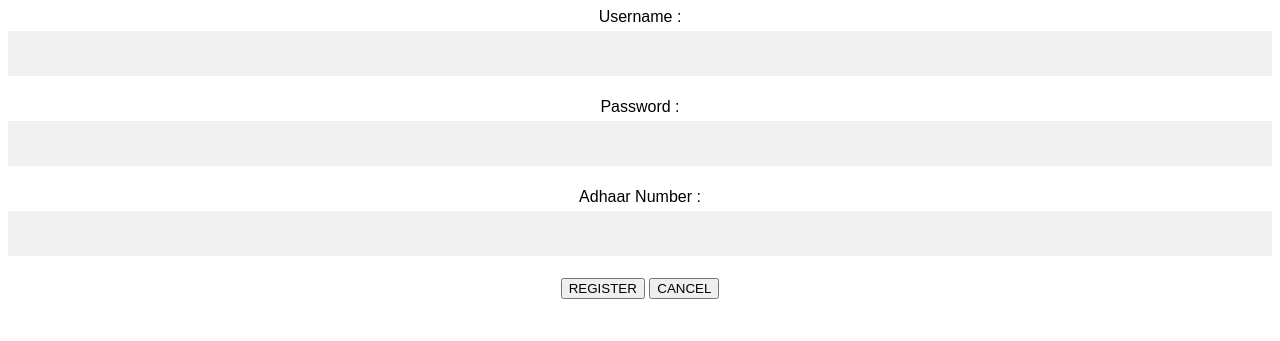
Repository: jchowdapurkar/Java-Project
Page: http://localhost/Registration/registration.jsp
An editor plug-in stored every save of this project. The page is shown before and after the next save, followed by the edit.
The browser window is 1280 px wide. The pictures show the whole page.
The page is served by Tomcat 9. Other server files are loaded and not shown.

Above is the page before, as saved 2018-07-16 18:06:59.

### Task Jsp/Registration/WebContent/registration.jsp
<%@ page language="java" contentType="text/html; charset=ISO-8859-1"
    pageEncoding="ISO-8859-1"%>
<!DOCTYPE html PUBLIC "-//W3C//DTD HTML 4.01 Transitional//EN" "http://www.w3.org/TR/html4/loose.dtd">
<html>
<style>
body {font-family: Arial, Helvetica, sans-serif;}
* {box-sizing: border-box}

/* Full-width input fields */
input[type=text], input[type=password] {
    width: 100%;
    padding: 15px;
    margin: 5px 0 22px 0;
    display: inline-block;
    border: none;
    background: #f1f1f1;
}

input[type=text]:focus, input[type=password]:focus {
    background-color: #ffff;
    outline: none;
}

hr {
    border: 1px solid #f1f1f1;
    margin-bottom: 25px;
}

/* Set a style for all buttons */
button {
    background-color: yellow;
    color: white;
    padding: 14px 20px;
    margin: 8px 0;
    border: none;
    cursor: pointer;
    width: 10%;
    opacity: 0.9;
}

button:hover {
    opacity:0.5;
}

/* Extra styles for the cancel button */
.cancelbtn {
    padding: 14px 20px;
    background-color: #f44336;
}

/* Float cancel and signup buttons and add an equal width */
.cancelbtn, .signupbtn {
  float: left;
  width: 50%;
}

// Add padding to container elements //
.container {
    padding: 16px;
}

/* Clear floats */
.clearfix::after {
    content: "";
    clear: both;
    display: table;
}

/* Change styles for cancel button and signup button on extra small screens */
@media screen and (max-width: 50px) {
    .cancelbtn, .signupbtn {
       width: 10%;
    }
}
</style>
<head>
<meta http-equiv="Content-Type" content="text/html; charset=ISO-8859-1">
<title>Insert title here</title>
</head>
<body>
<div align="center">
<form action = "Registration" method ="post">
Username : <input type ="text" name = "username" required="required">
Password : <input type ="password" name = "password"  required="required">
Adhaar Number : <input type ="text" name="adhaar"  required ="required">
<input type = "submit" value = "REGISTER">
<input type = "submit" value = "CANCEL">



</form>
</div>

</body>
</html>

After the next save:
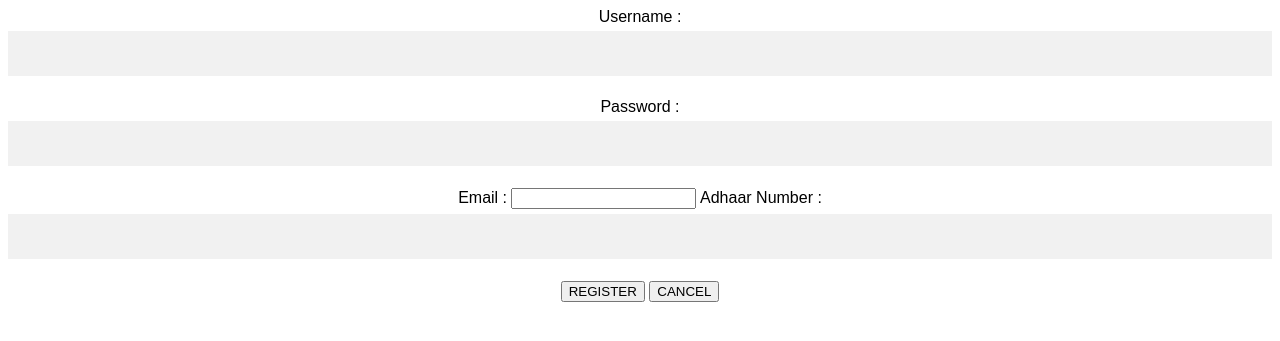
Saved 101 s later.
--- a/Task Jsp/Registration/WebContent/registration.jsp
+++ b/Task Jsp/Registration/WebContent/registration.jsp
@@ -82,6 +82,7 @@ button:hover {
 <form action = "Registration" method ="post">
 Username : <input type ="text" name = "username" required="required">
 Password : <input type ="password" name = "password"  required="required">
+Email : <input type ="Email" name = "email" required="required">
 Adhaar Number : <input type ="text" name="adhaar"  required ="required">
 <input type = "submit" value = "REGISTER">
 <input type = "submit" value = "CANCEL">
